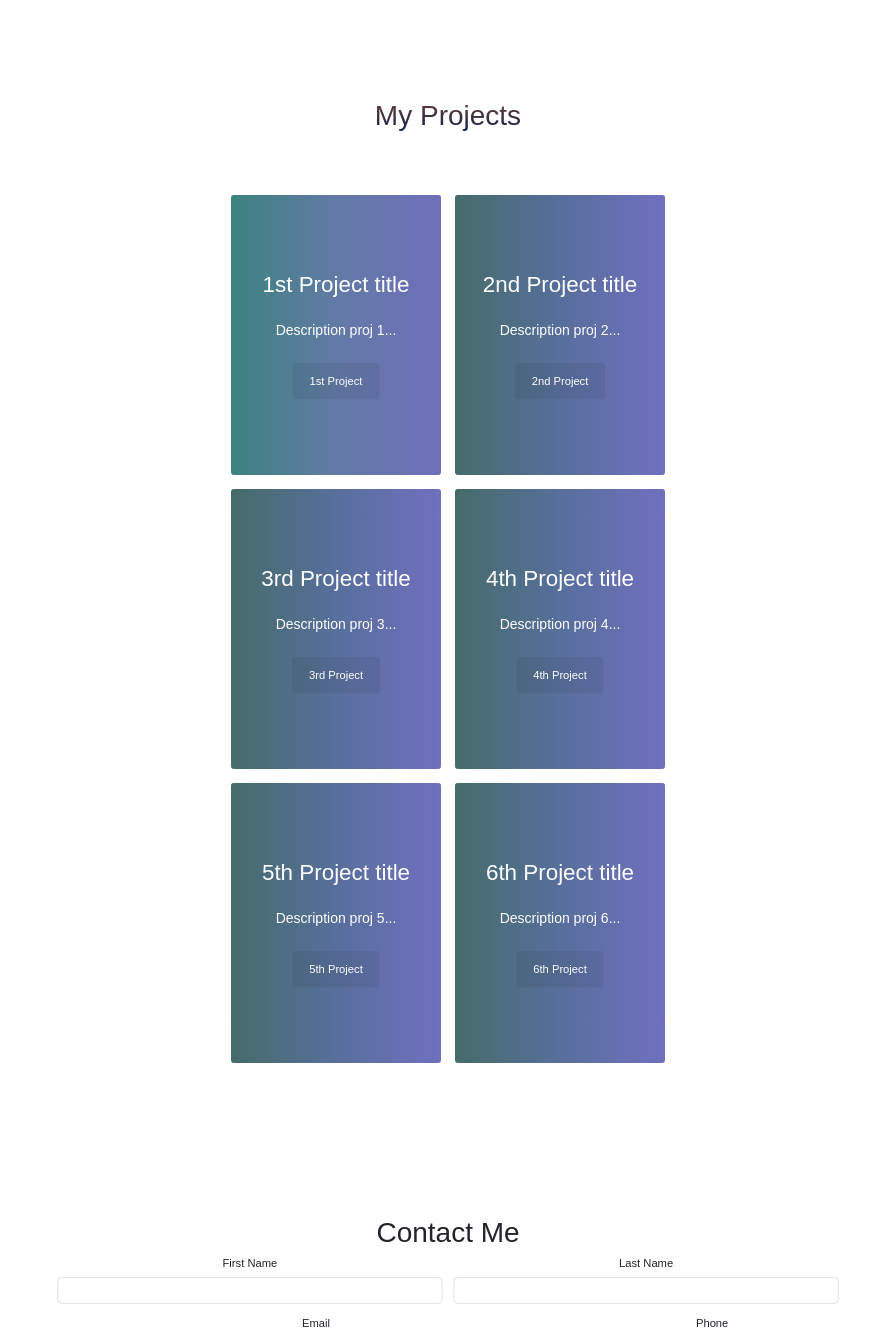
Repository: dvynchi/profile-2022
Page: index.html
The author's editor kept a copy of each file at every save. The page is drawn from the files as they stood at one save, then again after the next save.
The browser window is 1280 px wide. The pictures show the part of the page from y = 719 to 2619 px (the page is 3039 px tall), at 70% of full size.
A picture or video elsewhere on the page could not be fetched, so the positions and the page height are approximate. Some web libraries are served in a nearby version.

Above is the page before, as saved 2022-08-16 14:33:34.

After the next save:
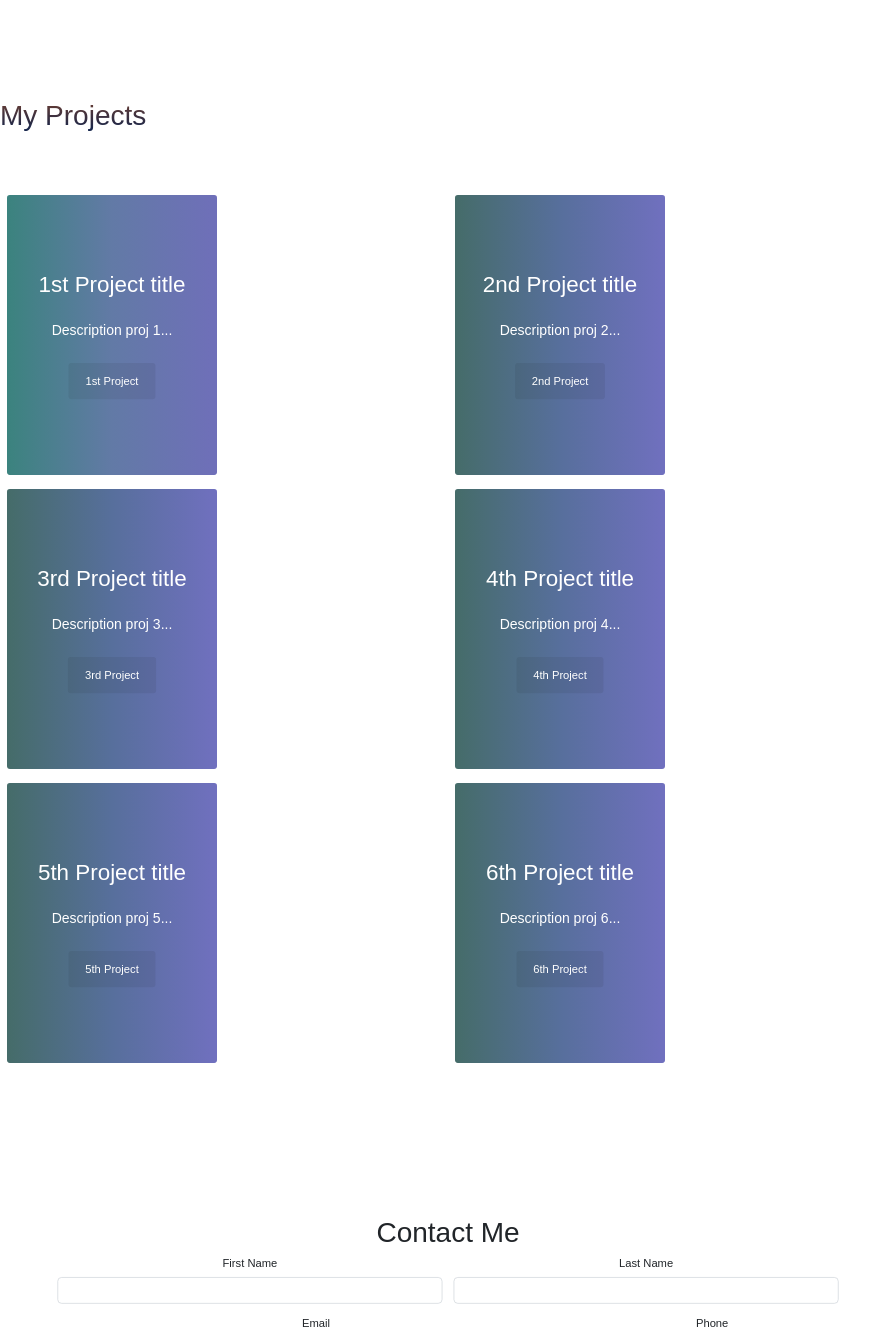
Saved 26 min 10 s later.
--- a/styles.css
+++ b/styles.css
@@ -319,6 +319,7 @@
 
 .projects {
     background: white;
+    background-image:url(/images/pexels-fwstudio-164005.jpg)
     display: flex;
     flex-direction: column;
     justify-content: center;

After the 2 saves that followed:
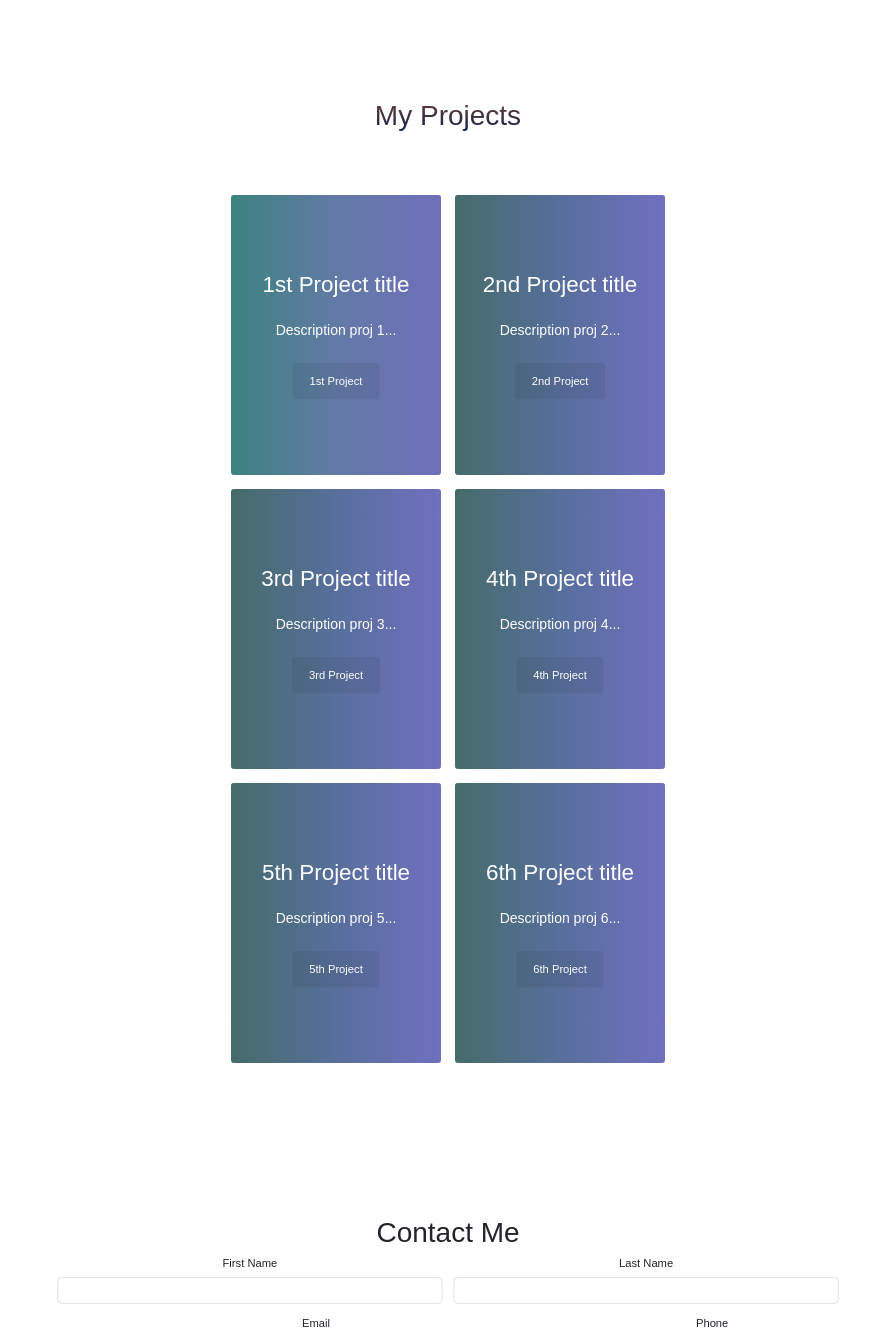
The 2 saves are shown as one change because 1 left the picture as it was.
The last was saved 39 s later.
--- a/styles.css
+++ b/styles.css
@@ -319,7 +319,6 @@
 
 .projects {
     background: white;
-    background-image:url(/images/pexels-fwstudio-164005.jpg)
     display: flex;
     flex-direction: column;
     justify-content: center;
